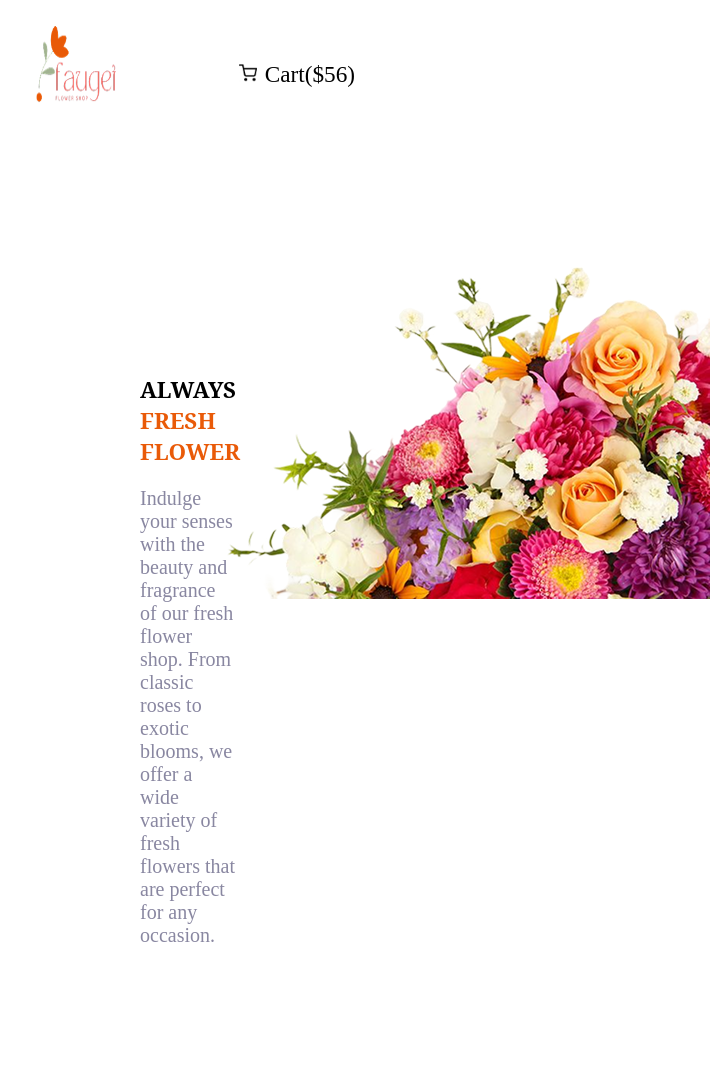
Repository: dollyrakhe22/Flowers-main-website
Page: index.html
An editor plug-in stored every save of this project. The page is shown before and after the next save, followed by the edit.
The browser window is 375 px wide. The page is 710 px wide, so the pictures cover 710 px, including what lies to the right of the window. The pictures show the whole page.
Some web libraries are served in a nearby version.

Above is the page before, as saved 2025-07-25 02:00:12.

After the next save:
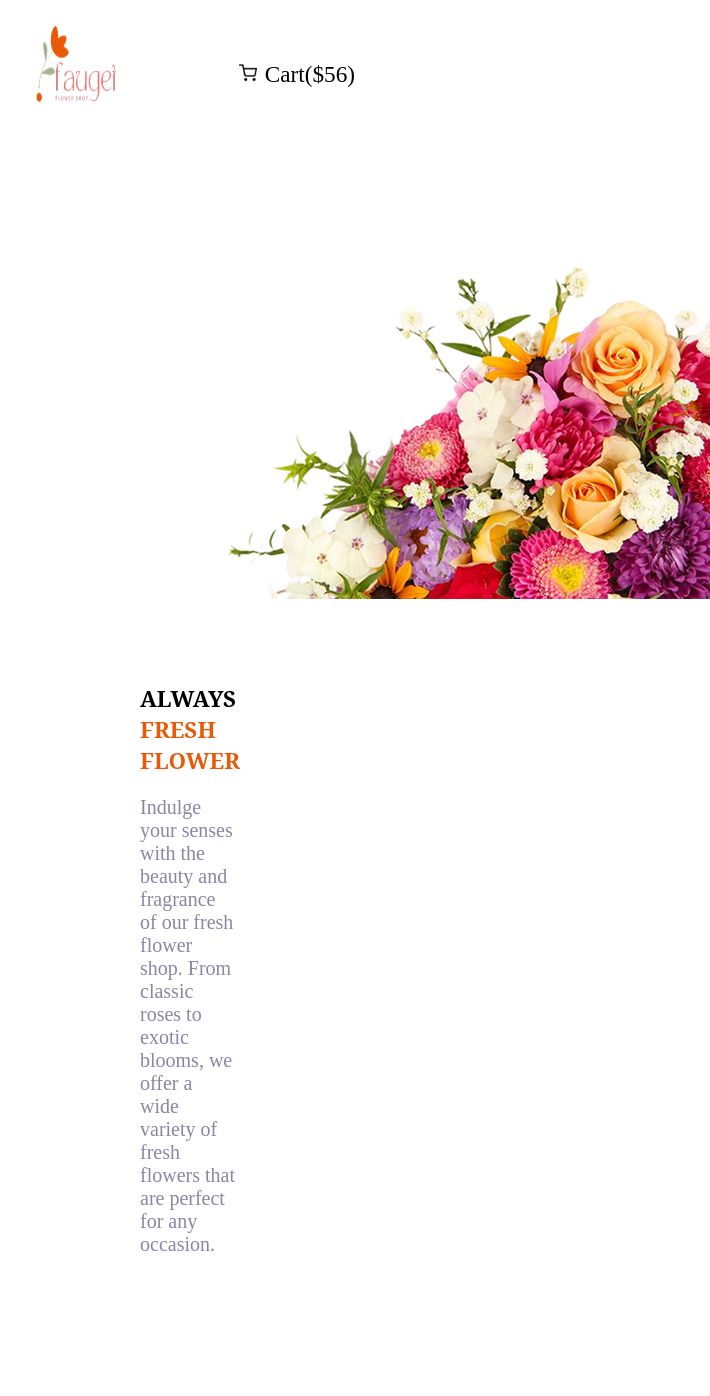
Saved 100 s later.
--- a/style.css
+++ b/style.css
@@ -379,8 +379,8 @@ input{
   }
   .flower-img{
     max-width: 100%;
-    width: 50px;
-    height: 50px;
+    width: 50%;
+    height: 50%;
   }
   .flower-title{
     font-size:1.4rem;
